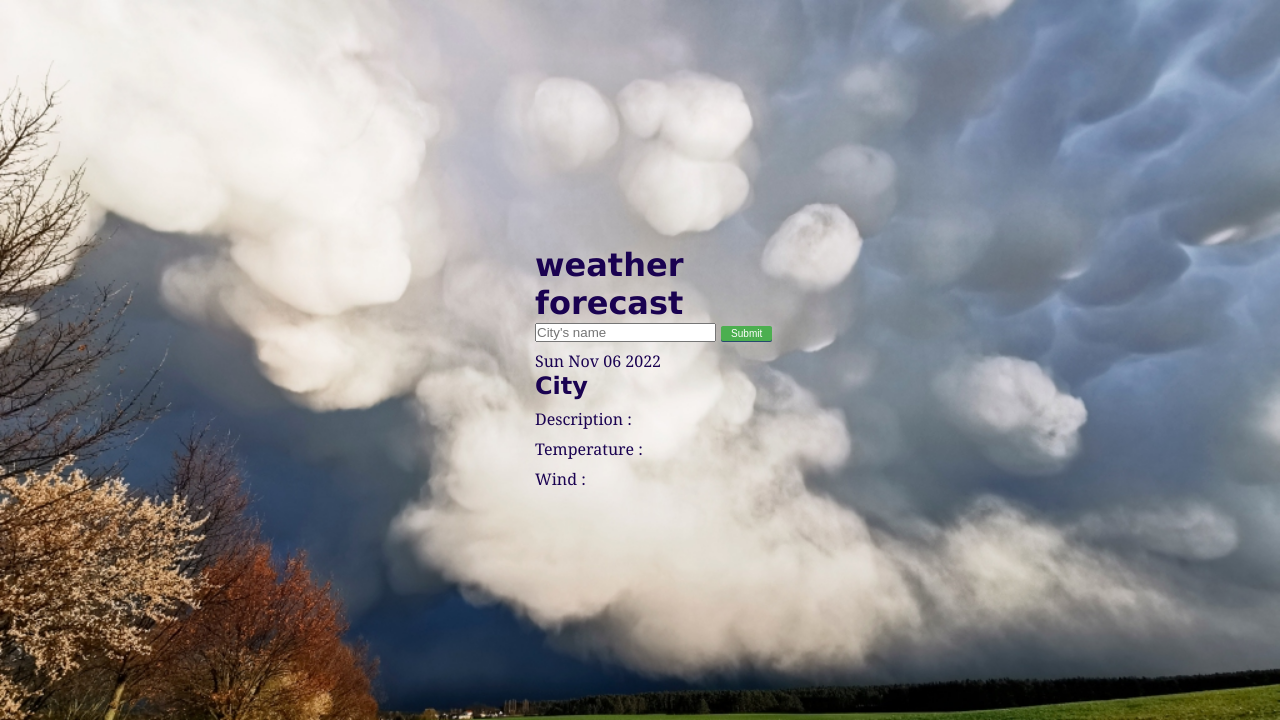
Repository: heartbreathing/searchWeather
Page: index.html
These files come from the project's save history. The page is drawn as it stood at one moment and after the next save; the edit follows.
The browser window is 1280 px wide. The pictures show the whole page.

Above is the page before, as saved 2022-11-07 09:07:55.

### index.html
<!DOCTYPE html>
<html lang="en">
  <head>
    <meta charset="UTF-8" />
    <meta http-equiv="X-UA-Compatible" content="IE=edge" />
    <meta name="viewport" content="width=device-width, initial-scale=1.0" />
    <title>search_weather</title>
    <link rel="stylesheet" href="index.css" />
  </head>
  <body>
    <div class="content">
      <h1>weather forecast</h1>

      <form class="form">
        <input type="text" name="name" placeholder="City's name" />
        <button type="submit" class="btn">Submit</button>
      </form>
      <div class="time content_line"></div>
      <h2><span class="name capitalize">City</span></h2>
      <p class="content_line">Description :<span class="description"></span></p>
      <p class="content_line">
        Temperature : <span class="temperature"></span>
      </p>
      <p class="content_line">Wind :<span class="wind"></span></p>
    </div>

    <script src="index.js"></script>
  </body>
</html>

### index.css
* {
    margin: 0;
    padding: 0;
    box-sizing: border-box ;
}
body {
    background-color: rgb(148, 141, 247);
    background-image: url(./image/background_image.jpg);
    background-repeat: no-repeat;
    background-size:cover;
    font-family: 'Lucida Sans', 'Lucida Sans Regular', 'Lucida Grande', 'Lucida Sans Unicode', Geneva, Verdana, sans-serif ;
    color: rgb(26, 2, 81);
}
.content {
    position: absolute;
    display: inline-block;
    width: 300px;
    top:50%;
    left:50%;
    transform: translate(-35%, -50%);
    row-gap: 1rem;
}
h1 {
    margin-top: 1rem;
    color: ;
}
.content_line {
    font-family:Cambria, Cochin, Georgia, Times, 'Times New Roman', serif ;
    font-size: 1rem;
    margin-top: 0.5rem;
}
.btn {
    background-color: #4CAF50; /* Green */
    border: none;
    color: white;
    padding: 2px 10px;
    text-align: center;
    text-decoration: none;
    display: inline-block;
    font-size: 10px;
    border-radius: 2px;
    box-shadow: 0 1px #27496d;

}
.capitalize{

    text-transform: capitalize;

    }

### index.js
    "use strict";
      let timeEl = document.querySelector('.time')

      function getTime(){
        timeEl.innerHTML = new Date().toDateString()
      }
      getTime()

      let form = document.querySelector('.form');
      let city;

      async function getData() {
        let res = await fetch(
          `https://goweather.herokuapp.com/weather/${city}`
        );
        const data = await res.json();

        const temp = document.querySelector('.temperature');
        const wind = document.querySelector('.wind');
        const forecast = document.querySelector('.content');
        const description = document.querySelector('.description');
        const name = document.querySelector('.name')

        temp.innerHTML = data.temperature;
        wind.innerHTML = data.wind;
        description.innerHTML = data.description;
        name.innerHTML = city

      }

      form.addEventListener('submit', function (event) {
        event.preventDefault();
        city = this.elements.name.value;
        getData();
      });

After the next save:
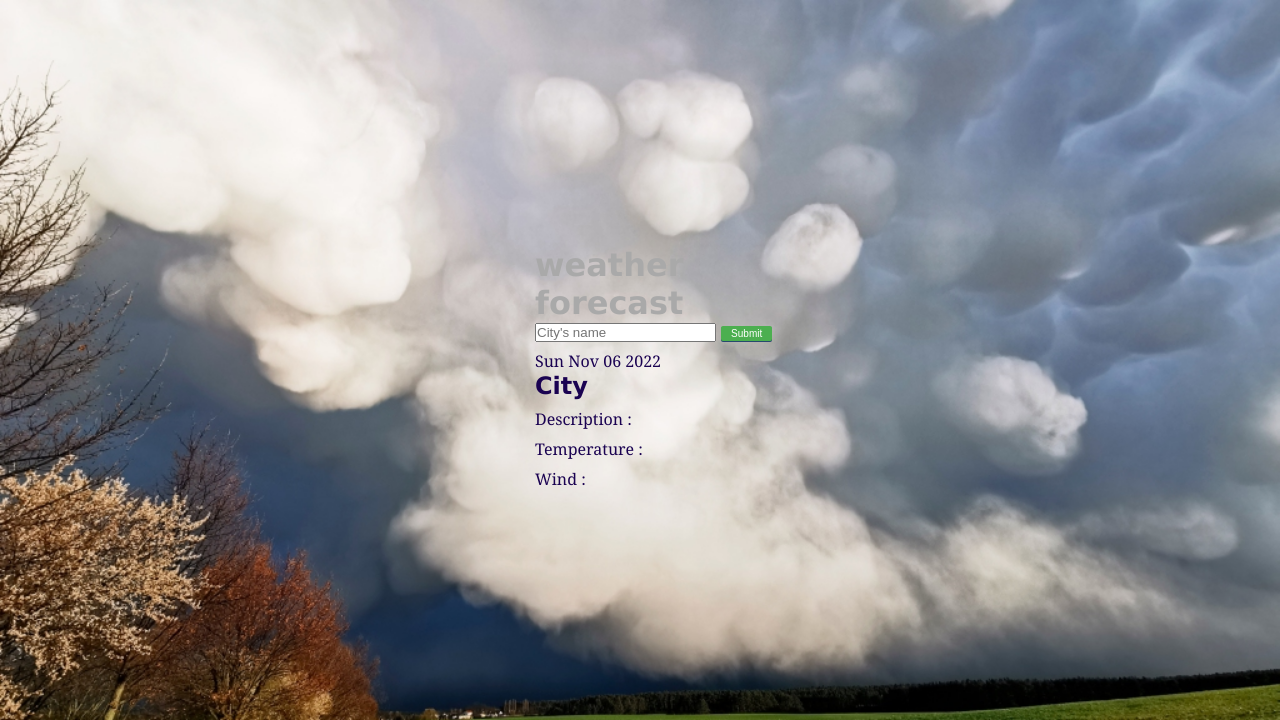
Saved 10 s later.
--- a/index.css
+++ b/index.css
@@ -22,7 +22,7 @@ body {
 }
 h1 {
     margin-top: 1rem;
-    color: ;
+    color: darkgrey;
 }
 .content_line {
     font-family:Cambria, Cochin, Georgia, Times, 'Times New Roman', serif ;
